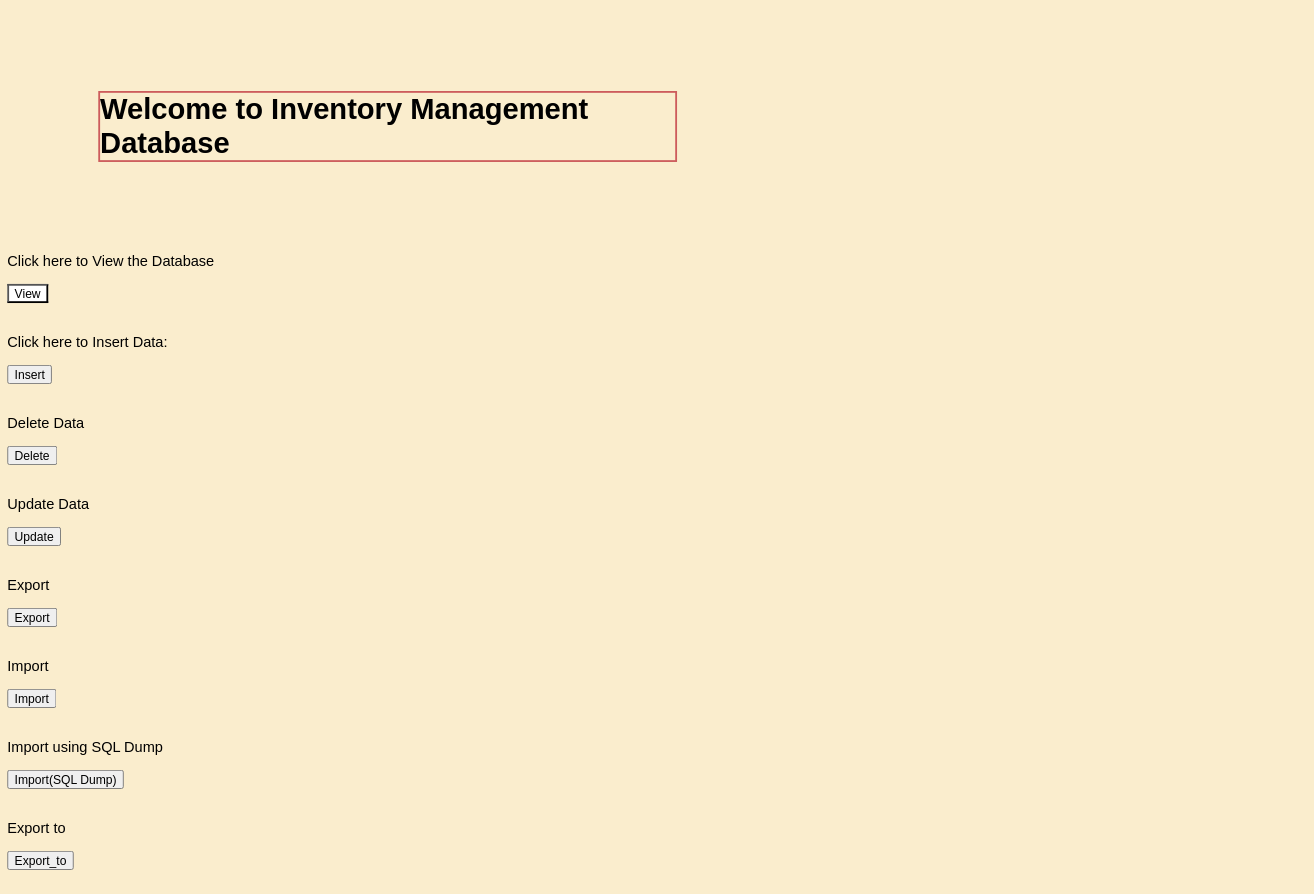
Repository: cyrusdwivedi2002/inventory-management-system
Page: DemoApp/src/main/webapp/Mainpage.html
These files come from the project's save history. The page is drawn as it stood at one moment and after the next save; the edit follows.
The browser window is 1280 px wide. The page is 1280 px wide, then 1444 px, so the pictures cover 1444 px, including what lies to the right of the window. The pictures show the whole page, at 91% of full size.
Some web fonts or font styles are not loaded; a fallback is used.

Above is the page before, as saved 2022-06-24 18:22:45.

### DemoApp/src/main/webapp/Mainpage.html
<!DOCTYPE html>
<html>
<head>
<meta charset="ISO-8859-1">

<link rel="preconnect" href="https://fonts.googleapis.com">
<link rel="preconnect" href="https://fonts.gstatic.com" crossorigin>
<link href="https://fonts.googleapis.com/css2?family=Anek+Latin:wght@500&family=Smooch&display=swap" rel="stylesheet">

<style>
body {
background-color: #faedcd;
font-family: 'Anek Latin', sans-serif;
}
h1{
color: black;
width: 50%;
margin:100px;
border: 2px solid indianred;
}
</style>
<title>Inventory management System</title>
</head>
<body>
	<h1>Welcome to Inventory Management Database</h1>
	<p> Click here to View the Database </p>
	<button type="button" form="form1"   onclick="window.location.href = 'view.html';" style = 'background-color:white'>View</button>
	<br/><br/>
	<p> Click here to Insert Data: </p>
	<button type="button" form="form1"   onclick="window.location.href = 'insert.html';">Insert</button>
	<br/><br/>
	<p> Delete Data </p>
	<button type="button" form="form1"   onclick="window.location.href = 'delete.html';">Delete</button>
	<br/><br/>
	<p> Update Data </p>
	<button type="button" form="form1"   onclick="window.location.href = 'update.html';">Update</button>
	<br/><br/>
	<p> Export </p>
	<button type="button" form="form1"   onclick="window.location.href = 'export.html';">Export</button>
	<br/><br/>
	<p> Import </p>
	<button type="button" form="form1"   onclick="window.location.href = 'import.html';">Import</button>
	<br/><br/>
	<p> Import using SQL Dump</p>
	<button type="button" form="form1"   onclick="window.location.href = 'importdump.html';">Import(SQL Dump)</button>
	<br/><br/>
	<p> Export to</p>
	<button type="button" form="form1"   onclick="window.location.href = 'export.html';">Export_to</button>
	<br/><br/>

	</body>
</html>

After the next save:
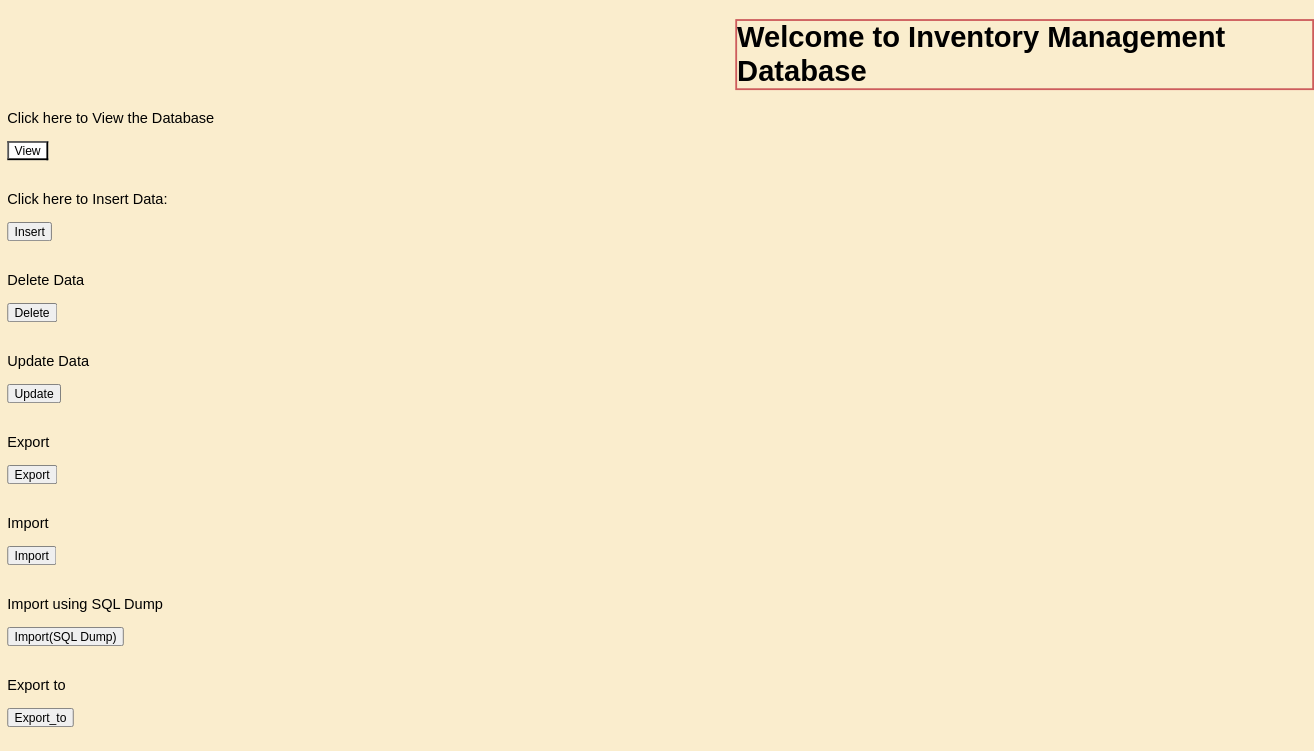
Saved 30 s later.
--- a/DemoApp/src/main/webapp/Mainpage.html
+++ b/DemoApp/src/main/webapp/Mainpage.html
@@ -15,7 +15,7 @@ font-family: 'Anek Latin', sans-serif;
 h1{
 color: black;
 width: 50%;
-margin:100px;
+margin-left:25em;
 border: 2px solid indianred;
 }
 </style>
